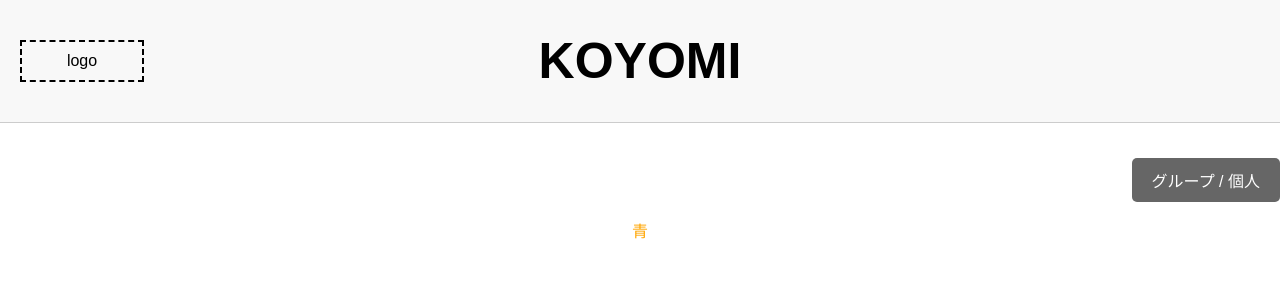
Repository: teramu0602/koyomi
Page: http://localhost/grouplist
The author's editor kept a copy of each file at every save. The page is drawn from the files as they stood at one save, then again after the next save.
The browser window is 1280 px wide. The pictures show the whole page.
Some web fonts or font styles are not loaded; a fallback is used. The page is served by the project's Laravel application, run on PHP 8.4 with Laravel 9. Style sheets and scripts are compiled from the project's sources, by tool versions that may differ from the author's.

Above is the page before, as saved 2025-02-22 10:14:26.

After the next save:
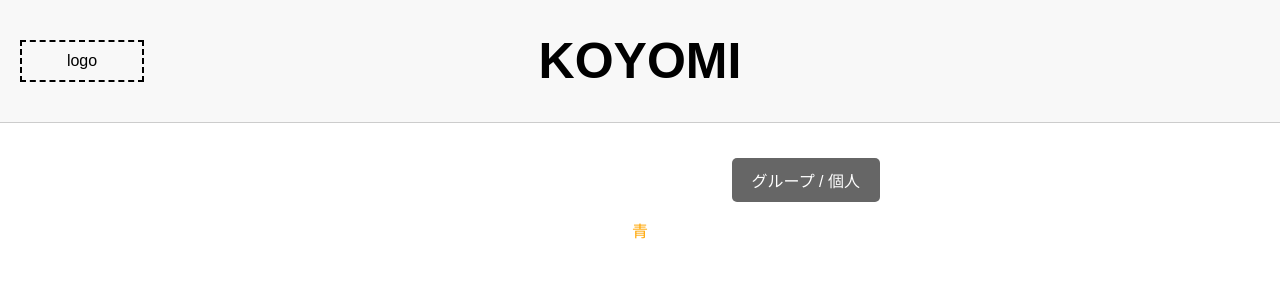
Saved 38 s later.
--- a/public/css/common.admin.css
+++ b/public/css/common.admin.css
@@ -18,7 +18,7 @@ button {
     cursor: pointer;
     margin: 0!important;
     margin-top: 35px!important;
-    margin-left: px!important;
+    margin-right: 400px!important;
     font-size: 16px;
 
     display: flex !important;
